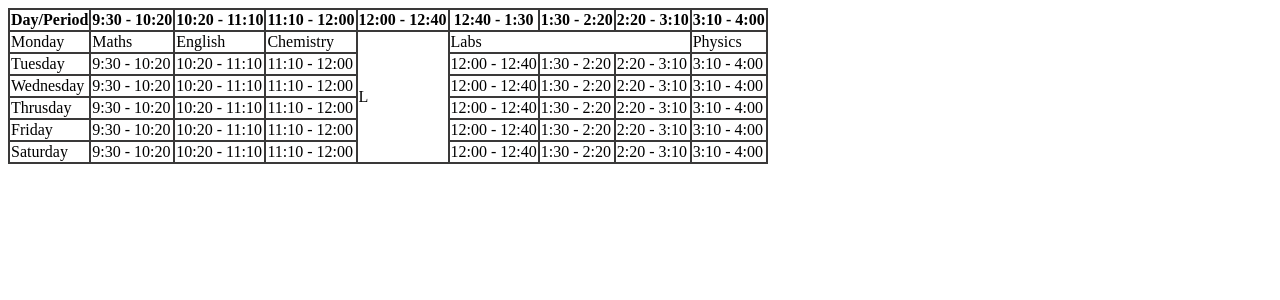
Repository: nir-github01/Html
Page: assign1-table.html
An editor plug-in stored every save of this project. The page is shown before and after the next save, followed by the edit.
The browser window is 1280 px wide. The pictures show the whole page.

Above is the page before, as saved 2022-09-27 19:49:31.

### assign1-table.html
<!DOCTYPE html>
<html lang="en">
<head>
    <meta charset="UTF-8">
    <meta http-equiv="X-UA-Compatible" content="IE=edge">
    <meta name="viewport" content="width=device-width, initial-scale=1.0">
    <title>Time-table</title>
    <style>
        table, th, td{
            border: 2px solid rgb(58, 57, 57);
            border-collapse: collapse;
        }
    </style>
</head>
<body>
    <table>
        <thead>
            <tr>
        <th>Day/Period</th>
        <th>9:30 - 10:20</th>
        <th>10:20 - 11:10</th>
        <th>11:10 - 12:00</th>
        <th>12:00 - 12:40</th>
        <th>12:40 - 1:30</th>
        <th>1:30 - 2:20</th>
        <th>2:20 - 3:10</th>
        <th>3:10 - 4:00</th>
    </tr>
        </thead>
        <tbody>

            <tr>
                <td>Monday</td>
                <td>Maths</td>
                <td>English</td>
                <td>Chemistry</td>
                <td rowspan="6"><p >L</p></td>
                <td colspan="3">Labs</td>
                <td>Physics</td>

            </tr>
            <tr>
                <td>Tuesday</td>
                <td>9:30 - 10:20</td>
                <td>10:20 - 11:10</td>
                <td>11:10 - 12:00</td>
                <td>12:00 - 12:40</td>

                <td>1:30 - 2:20</td>
                <td>2:20 - 3:10</td>
                <td>3:10 - 4:00</td>
            </tr>
            <tr>
                <td>Wednesday</td>
                <td>9:30 - 10:20</td>
                <td>10:20 - 11:10</td>
                <td>11:10 - 12:00</td>
                <td>12:00 - 12:40</td>

                <td>1:30 - 2:20</td>
                <td>2:20 - 3:10</td>
                <td>3:10 - 4:00</td>
            </tr>
            <tr>
                <td>Thrusday</td>
                <td>9:30 - 10:20</td>
                <td>10:20 - 11:10</td>
                <td>11:10 - 12:00</td>
                <td>12:00 - 12:40</td>

                <td>1:30 - 2:20</td>
                <td>2:20 - 3:10</td>
                <td>3:10 - 4:00</td>
            </tr>
            <tr>
                <td>Friday</td>
                <td>9:30 - 10:20</td>
                <td>10:20 - 11:10</td>
                <td>11:10 - 12:00</td>
                <td>12:00 - 12:40</td>

                <td>1:30 - 2:20</td>
                <td>2:20 - 3:10</td>
                <td>3:10 - 4:00</td>
            </tr>
            <tr>
                <td>Saturday</td>
                <td>9:30 - 10:20</td>
                <td>10:20 - 11:10</td>
                <td>11:10 - 12:00</td>
                <td>12:00 - 12:40</td>

                <td>1:30 - 2:20</td>
                <td>2:20 - 3:10</td>
                <td>3:10 - 4:00</td>
            </tr>

        </tbody>

    </table>
</body>
</html>

After the next save:
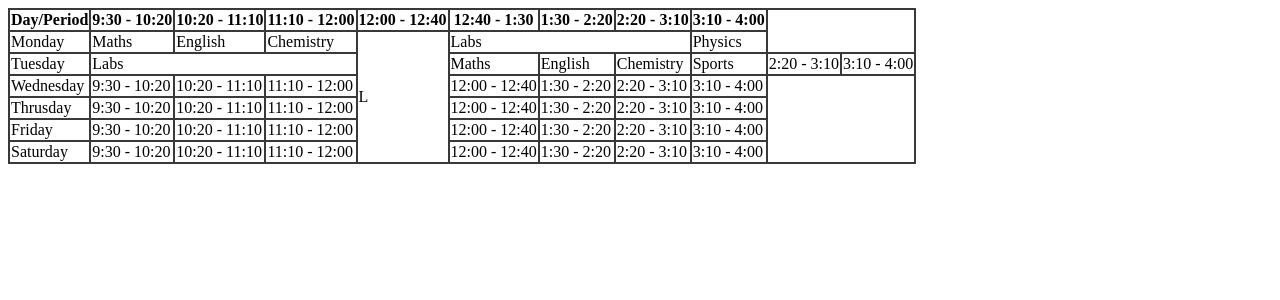
Saved 119 s later.
--- a/assign1-table.html
+++ b/assign1-table.html
@@ -41,12 +41,12 @@
             </tr>
             <tr>
                 <td>Tuesday</td>
-                <td>9:30 - 10:20</td>
-                <td>10:20 - 11:10</td>
-                <td>11:10 - 12:00</td>
-                <td>12:00 - 12:40</td>
+                <td colspan="3">Labs</td>
+                <td>Maths</td>
+                <td>English</td>
+                <td>Chemistry</td>
 
-                <td>1:30 - 2:20</td>
+                <td>Sports</td>
                 <td>2:20 - 3:10</td>
                 <td>3:10 - 4:00</td>
             </tr>
